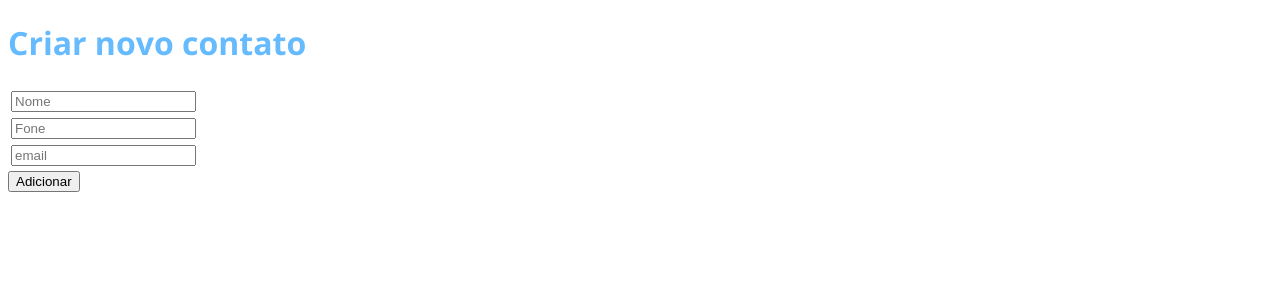
Repository: ricardoalves21/JavaWeb
Page: projeto_agenda/agenda/WebContent/novo.html
The author's editor kept a copy of each file at every save. The page is drawn from the files as they stood at one save, then again after the next save.
The browser window is 1280 px wide. The pictures show the whole page.

Above is the page before, as saved 2021-06-14 16:11:45.

After the next save:
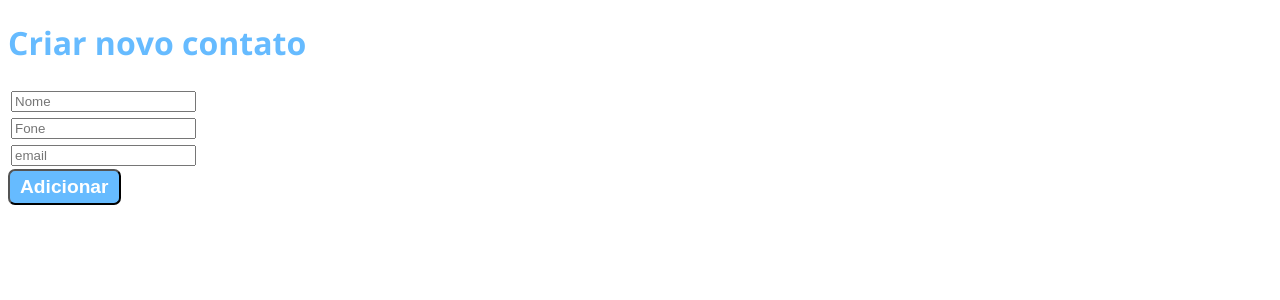
Saved 110 s later.
--- a/projeto_agenda/agenda/WebContent/novo.html
+++ b/projeto_agenda/agenda/WebContent/novo.html
@@ -20,7 +20,7 @@
 				<td><input type="text" name="email" placeholder="email"></td>
 			</tr>
 		</table>
-		<input type="button" value="Adicionar">
+		<input type="button" value="Adicionar" class="Botao1">
 	</form>
 </body>
 </html>
